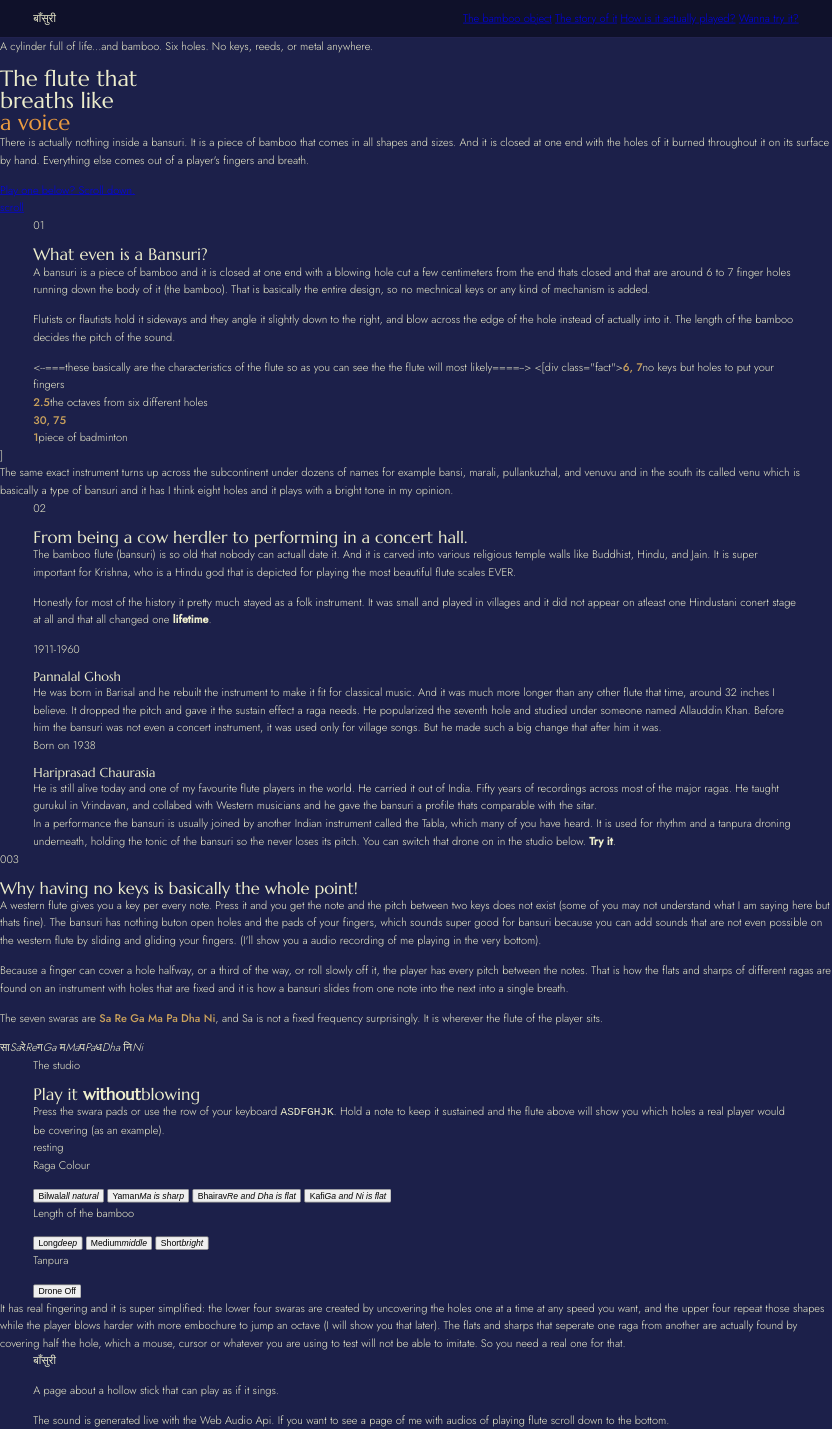
Repository: manayparikh1/Bansi
Page: index.html
An editor plug-in stored every save of this project. The page is shown before and after the next save, followed by the edit.
The browser window is 1280 px wide. The pictures show the whole page, at 65% of full size.

Above is the page before, as saved 2026-09-19 22:25:13.

After the next save:
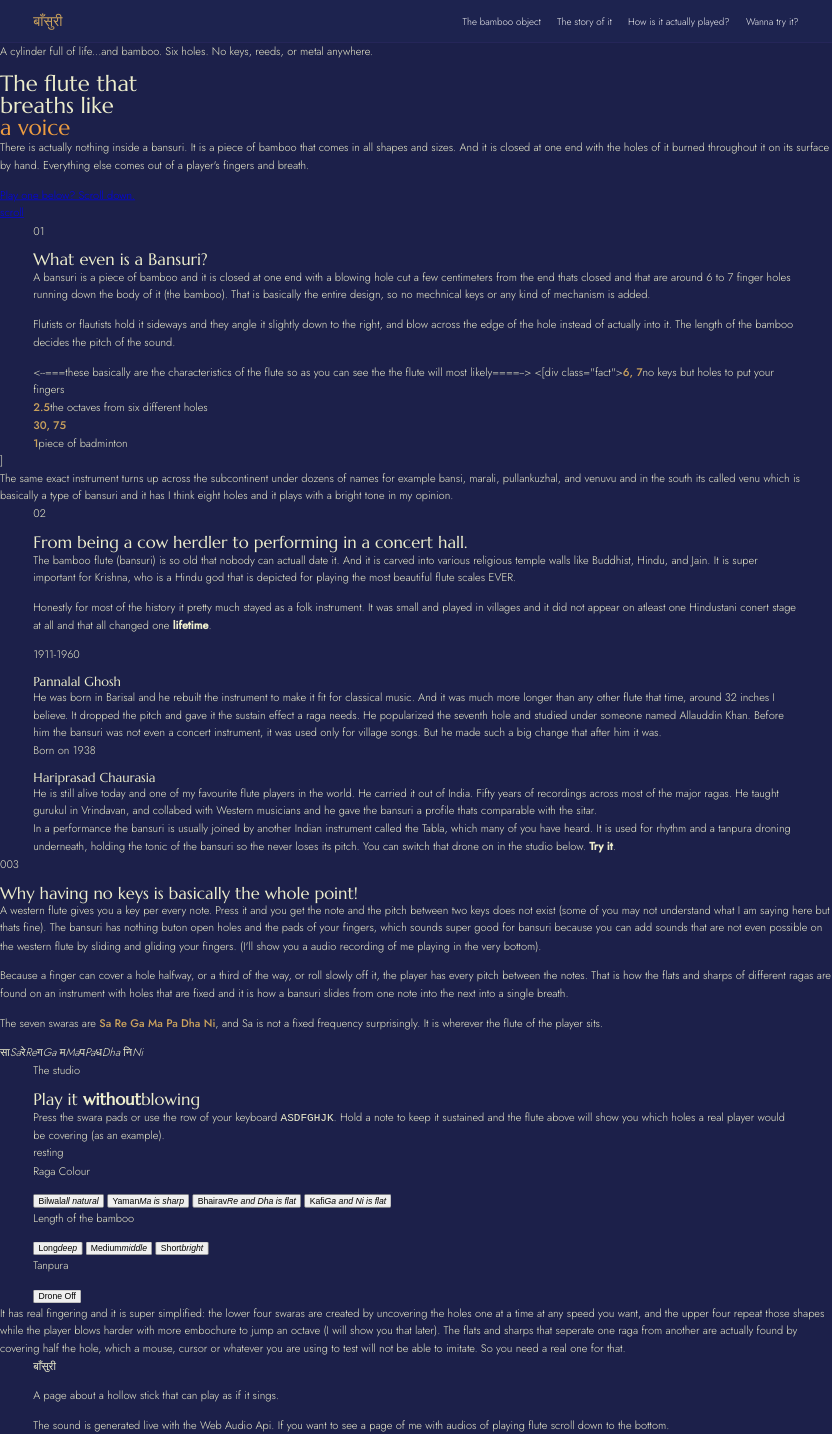
Saved 10 min 12 s later.
--- a/style.css
+++ b/style.css
@@ -100,7 +100,32 @@ body>*:not(.stars) {
     backdrop-filter: blur(8px);
     border-bottom: 1px solid #2a2a5f;
     padding: 15px var(--pad);
-    background: rgba(14, 16, 38, 0.87);
+    background: rgba(30, 36, 81, 0.87);
 }
 
-.mark {}
+.mark {
+    font-size: 22px;
+    font-family: 'Marcellus', serif;
+    color: var(--bamboo);
+}
+
+.links {
+    display: flex;
+    gap: 25px;
+    flex-wrap: wrap;
+}
+
+.links a {
+    font-size: 15px;
+    color: var(--muted);
+    text-decoration: none;
+}
+
+.links a:hover {
+    color: var(--cream);
+}
+
+< !-- No matter what marigold should be used for the hot class,
+so important is added to override any other styles that may be applied to it.===-->.hot {
+    color: var(--marigold) !important;
+}
